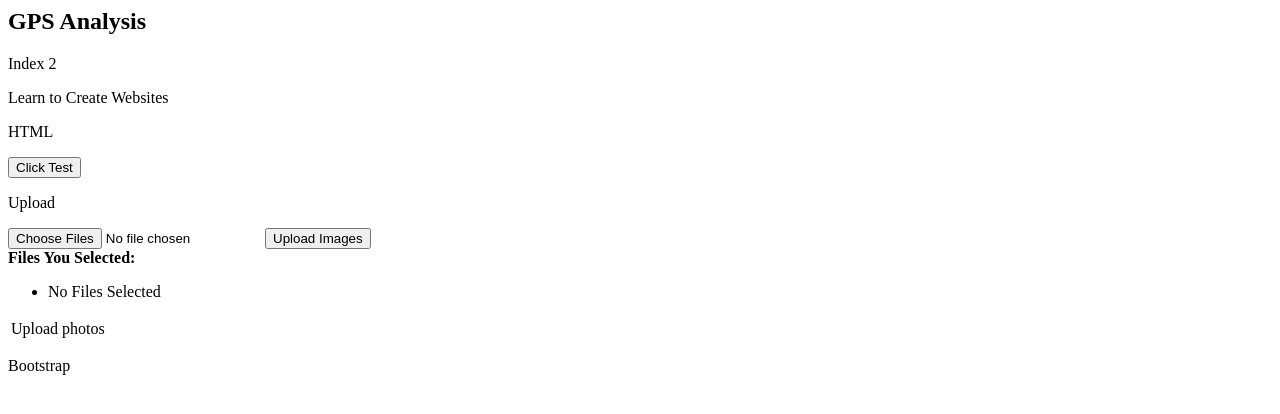
Repository: hanjangchen/Raspberry
Page: prjGAEGPSAnalysis/prjGPSAnalysis/src/static/my_ng_templates/desktop/index_2.html
These files come from the project's save history. The page is drawn as it stood at one moment and after the next save; the edit follows.
The browser window is 1280 px wide. The pictures show the whole page.

Above is the page before, as saved 2014-11-02 19:20:02.
Console error: ReferenceError: $ is not defined

After the next save:
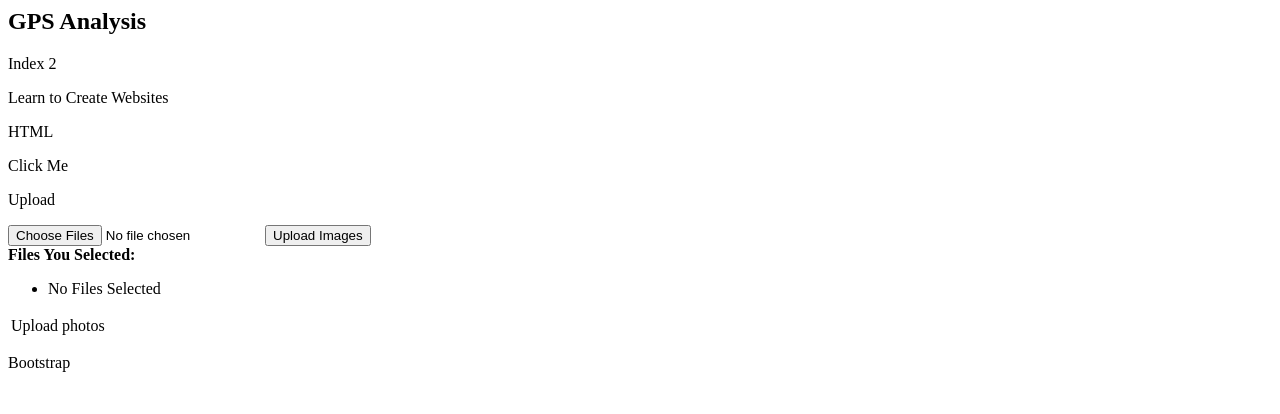
Saved 33 min 47 s later.
--- a/prjGAEGPSAnalysis/prjGPSAnalysis/src/static/my_ng_templates/desktop/index_2.html
+++ b/prjGAEGPSAnalysis/prjGPSAnalysis/src/static/my_ng_templates/desktop/index_2.html
@@ -14,7 +14,7 @@
 	<div class="row">
 		<div class="col-xs-4 col-sm-4 col-md-4 col-lg-4 ">
 			<p>HTML</p>
-			<input type="button" value="Click Test" ng-click= "myIndexTwoCtrl.upload_img_to_blobstore()">
+			<p ng-click= "myIndexTwoCtrl.upload_img_to_blobstore()"> Click Me</p>
 		</div>
 		<div class="col-xs-4 col-sm-4 col-md-4 col-lg-4">
 			<p>Upload</p>

After the 2 saves that followed:
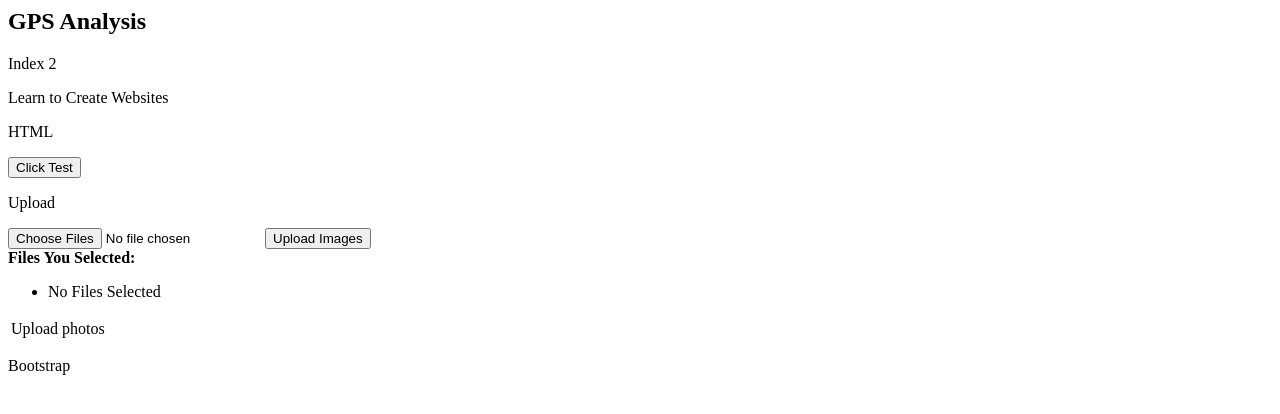
The 2 saves are shown as one change because 1 left the picture as it was.
The last was saved 26 s later.
--- a/prjGAEGPSAnalysis/prjGPSAnalysis/src/static/my_ng_templates/desktop/index_2.html
+++ b/prjGAEGPSAnalysis/prjGPSAnalysis/src/static/my_ng_templates/desktop/index_2.html
@@ -14,7 +14,7 @@
 	<div class="row">
 		<div class="col-xs-4 col-sm-4 col-md-4 col-lg-4 ">
 			<p>HTML</p>
-			<p ng-click= "myIndexTwoCtrl.upload_img_to_blobstore()"> Click Me</p>
+			<input type="button" value="Click Test" ng-click= "myIndexTwoCtrl.upload_img_to_blobstore()">
 		</div>
 		<div class="col-xs-4 col-sm-4 col-md-4 col-lg-4">
 			<p>Upload</p>
